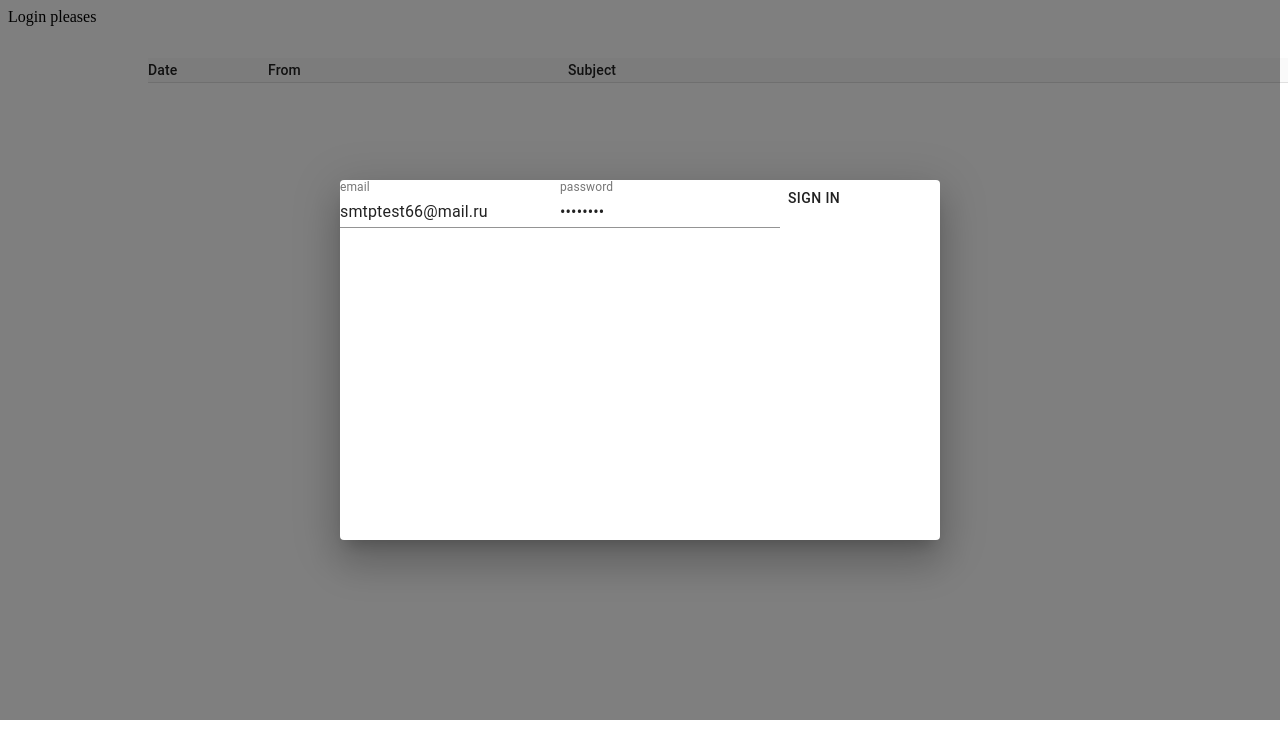
Repository: atakhanovrodion/mailclient
Page: / (app in client/)
These files come from the project's save history. The page is drawn as it stood at one moment and after the next save; the edit follows.
The browser window is 1280 px wide. The page is 1288 px wide, so the pictures cover 1288 px, including what lies to the right of the window. The pictures show the whole page.
The project was rebuilt for these pictures with package versions that can differ from the ones it lists, and the page was loaded fresh each time. Also part of the build but not shown: client/webpack.config.js.

Above is the page before, as saved 2021-03-16 09:49:13.

### client/src/index.html
<!DOCTYPE html>
<html lang="en">
  <head>
    <title>MAILCLIENT</title>
  </head>
  <body>
    <div id="root"></div>
  </body>
</html>

### client/src/main.tsx
import * as React from "react";
import * as ReactDOM from "react-dom";

//import "normalize.css";
import "./css/main.css";

import BaseLayout from "./components/BaseLayout";

const baseComponent = ReactDOM.render(
  <BaseLayout />,
  document.getElementById("root")
);

### client/src/css/main.css
.appContainer {
  display: grid;
  grid-template-columns: 140px 1fr;
  grid-template-rows: 50px 1fr;
  width: 100vw;
  height: 100vh;
}
.header {
  grid-column: 1 / 3;
}

.listOfMailboxes {
  grid-column: 1 / 2;
  grid-row: 2 / 2;
}

### client/src/components/BaseLayout.tsx
import * as React from "react";
import Login from "./Login";
import * as api from "../api";
import Header from "./Header";
import ListOfMailboxes from "./ListOfMailboxes";
import ListOfMessages from "./ListOfMessages";
import WaitView from "./WaitView";
type MyState = {
  isAuth: false;
  loginEmail: string;
  loginPassword: string;
  currenEmail: string;
  currentPassword: string;
  listOfMailboxes: api.IMailbox[];
  listOfMessages: api.IMessage[];
  currentHost: string;
  currentMailboxList: [];
  currentMessageBody: string;
  currentMailbox: string;
  waitState: boolean;
};

class BaseLayout extends React.Component {
  constructor(props: any) {
    super(props);
    this.handleInput = this.handleInput.bind(this);
    this.tryAuth = this.tryAuth.bind(this);
    this.signOut = this.signOut.bind(this);
    this.getMailbox = this.getMailbox.bind(this);
    this.getMessage = this.getMessage.bind(this);
  }
  state: MyState = {
    isAuth: false,
    loginEmail: "smtptest66@mail.ru",
    loginPassword: "imap1488",
    currenEmail: "undefined",
    currentPassword: "",
    listOfMailboxes: [],
    listOfMessages: [],
    currentHost: "",
    currentMailboxList: [],
    currentMessageBody: "",
    currentMailbox: "INBOx",
    waitState: false,
  };
  render() {
    return (
      <div>
        <Login
          onSubmit={this.tryAuth}
          onChange={this.handleInput}
          isOpen={this.state.isAuth}
          user={this.state.loginEmail}
          pass={this.state.loginPassword}
        />
        <WaitView state={this.state.waitState} />

        <div className="appContainer">
          <div className="header">
            <Header
              onClick={this.signOut}
              currentEmail={this.state.currenEmail}
              isAuth={this.state.isAuth}
            />
          </div>
          <div className="listOfMailboxes">
            <ListOfMailboxes
              mailboxes={this.state.listOfMailboxes}
              onClick={this.getMailbox}
            />
          </div>
          <div className="centerArea">
            {" "}
            <ListOfMessages
              messages={this.state.listOfMessages}
              onClick={this.getMessage}
            />
            {this.state.currentMessageBody}{" "}
          </div>
        </div>
      </div>
    );
  }

  handleInput(e: any): void {
    const target: string = e.target.id;
    this.setState({ [target]: e.target.value });
  }

  async tryAuth(): Promise<void> {
    let domain: string = findDomain(this.state.loginEmail);
    const info: api.IAuthInfo = {
      user: this.state.loginEmail,
      password: this.state.loginPassword,
      host: "imap." + domain,
      port: 993,
    };
    this.setState({
      waitState: true,
    });
    const apiWorker = new api.Worker();
    if ((await apiWorker.tryAuth(info)) == "succes") {
      const data = {
        loginEmail: "",
        loginPassword: "",
        isAuth: true,
        currenEmail: this.state.loginEmail,
        currentPassword: this.state.loginPassword,
        currentHost: domain,
      };
      this.setState(data);
      console.log(this.state);
      this.getListOfMailboxes();
      //TODO
      this.getMailbox("INBOx");
    }
    this.setState({ loginEmail: "", loginPassword: "", waitState: false });
  }

  async getListOfMailboxes(): Promise<void> {
    this.setState({
      waitState: true,
    });
    const apiWorker = new api.Worker();
    const mailboxes = await apiWorker.listOfMailboxes();
    this.setState({ listOfMailboxes: mailboxes, waitState: false });
  }

  async getMailbox(path: string): Promise<void> {
    this.setState({
      waitState: true,
    });
    const apiWorker: api.Worker = new api.Worker();
    const messages: api.IMessage[] = await apiWorker.getMailbox(path);
    this.setState({
      listOfMessages: messages,
      currentMailbox: path,
      waitState: false,
    });
    console.log(this.state);
  }

  async getMessage(message: api.IMessage): Promise<void> {
    this.setState({
      waitState: true,
    });
    const apiWorker: api.Worker = new api.Worker();
    const messageBody: string = await apiWorker.getMessage(
      this.state.currentMailbox,
      message.id.toString()
    );
    this.setState({
      currentMessageBody: messageBody,
      waitState: false,
    });
  }

  signOut(): void {
    this.setState({
      isAuth: false,
      listOfMailboxes: [],
      listOfMessages: [],
    });
  }
}
export default BaseLayout;

//TODO
//email validation
function findDomain(address: string): string {
  let i = 0;
  let domain = "";
  while (i < address.length) {
    if (address[i] == "@") {
      if (address[i + 1]) {
        let j = i + 1;
        while (j < address.length) {
          domain += address[j];
          j++;
        }
      }
    }
    i++;
  }
  return domain;
}

### client/src/components/Login.tsx
import React from "react";
import { withStyles } from "@material-ui/styles";
import Dialog from "@material-ui/core/Dialog";
import TextField from "@material-ui/core/TextField";
import Button from "@material-ui/core/Button";

type Props = {
  onSubmit: any;
  onChange: any;
  isOpen: boolean;
  user: string;
  pass: string;
  classes: any;
};

const styles = {
  dialogPaper: {
    minHeight: "50vh",
    maxHeight: "80vh",
  },
};

const Login: React.FC<Props> = ({
  onSubmit,
  onChange,
  isOpen,
  user,
  pass,
  classes,
}) => {
  return (
    <Dialog
      open={!isOpen}
      disableBackdropClick={true}
      disableEscapeKeyDown={true}
      fullWidth={true}
      classes={{ paper: classes.dialogPaper }}
    >
      <form className="loginForm">
        <TextField
          id="loginEmail"
          onChange={onChange}
          label="email"
          value={user}
        />
        <TextField
          id="loginPassword"
          onChange={onChange}
          label="password"
          type="password"
          value={pass}
        />
        <Button onClick={onSubmit}>Sign in</Button>
      </form>
    </Dialog>
  );
};

export default withStyles(styles)(Login);

### client/src/api.ts
import axios, { AxiosResponse } from "axios";

export interface IAuthInfo {
  host: string;
  port: number;
  user: string;
  password: string;
}
export interface IMailbox {
  name: string;
  path: string;
}
export interface IMessage {
  id: number;
  from: string;
  subject: string;
  date: string;
  body?: string;
}

export class Worker {
  public async tryAuth(info: IAuthInfo): Promise<string> {
    const response: AxiosResponse = await axios.post(
      "http://localhost:3001/auth",
      info
    );
    return response.data;
  }
  public async listOfMailboxes(): Promise<IMailbox[]> {
    const response: AxiosResponse = await axios.get(
      "http://localhost:3001/mailboxes"
    );
    return response.data;
  }
  public async getMailbox(mailbox: string): Promise<IMessage[]> {
    const response: AxiosResponse = await axios.get(
      `http://localhost:3001/mailboxes/${mailbox}`
    );
    return response.data;
  }
  public async getMessage(mailbox: string, id: string): Promise<string> {
    const response: AxiosResponse = await axios.get(
      `http://localhost:3001/mailboxes/${mailbox}/${id}`
    );
    return response.data;
  }
}

### client/src/components/Header.tsx
import React from "react";
import Button from "@material-ui/core/Button";
type Props = {
  onClick: any;
  currentEmail: string;
  isAuth: boolean;
};

const Header: React.FC<Props> = ({ onClick, currentEmail, isAuth }) => {
  return (
    <div>
      {isAuth == true ? (
        <div>
          Your email:{currentEmail}
          <Button onClick={onClick}>Sign out</Button>
        </div>
      ) : (
        <div>Login pleases </div>
      )}
    </div>
  );
};
export default Header;

### client/src/components/ListOfMailboxes.tsx
import React from "react";
import { IMailbox } from "../api";
import Chip from "@material-ui/core/Chip";
import List from "@material-ui/core/List";
type Props = {
  mailboxes: IMailbox[];
  onClick: any;
};

const listOfMailboxes: React.FC<Props> = ({ mailboxes, onClick }) => {
  return (
    <List>
      {mailboxes.map((value) => {
        return (
          <Chip
            onClick={() => {
              onClick(value.path);
            }}
            label={`${value.name}`}
          />
        );
      })}
    </List>
  );
};
export default listOfMailboxes;

### client/src/components/ListOfMessages.tsx
import React from "react";
import { IMessage } from "../api";

import Table from "@material-ui/core/Table";
import TableBody from "@material-ui/core/TableBody";
import TableCell from "@material-ui/core/TableCell";
import TableHead from "@material-ui/core/TableHead";
import TableRow from "@material-ui/core/TableRow";

type Props = {
  messages: IMessage[];
  onClick: any;
};

const ListOfMessages: React.FC<Props> = ({ messages, onClick }) => (
  <Table stickyHeader padding="none">
    <TableHead>
      <TableRow>
        <TableCell style={{ width: 120 }}>Date</TableCell>
        <TableCell style={{ width: 300 }}>From</TableCell>
        <TableCell>Subject</TableCell>
      </TableRow>
    </TableHead>
    <TableBody>
      {messages.map((message) => (
        <TableRow
          onClick={() => {
            onClick(message);
          }}
          key={message.id}
        >
          <TableCell>{new Date(message.date).toLocaleDateString()}</TableCell>
          <TableCell>{message.from}</TableCell>
          <TableCell>{message.subject}</TableCell>
        </TableRow>
      ))}
    </TableBody>
  </Table>
); /* Mailboxes. */

export default ListOfMessages;

### client/src/components/WaitView.tsx
import React from "react";

import Dialog from "@material-ui/core/Dialog";
import DialogContent from "@material-ui/core/DialogContent";
import DialogContentText from "@material-ui/core/DialogContentText";

type Props = {
  state: boolean;
};

const WaitView: React.FC<Props> = ({ state }) => {
  return (
    <Dialog
      open={state}
      disableBackdropClick={true}
      disableEscapeKeyDown={true}
      transitionDuration={0}
    >
      <DialogContent>
        <DialogContentText>Please wait...</DialogContentText>
      </DialogContent>
    </Dialog>
  );
};

export default WaitView;

After the next save:
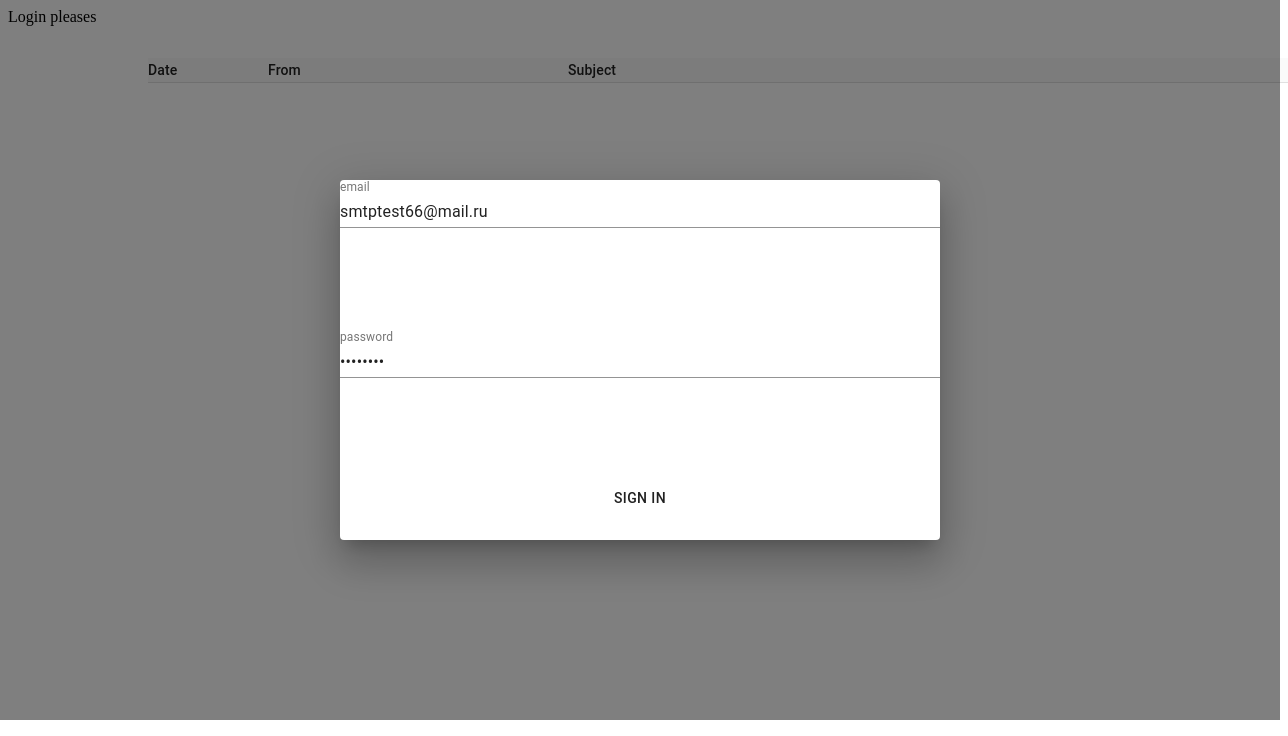
Saved 2 min 0 s later.
--- a/client/src/css/main.css
+++ b/client/src/css/main.css
@@ -13,3 +13,9 @@
   grid-column: 1 / 2;
   grid-row: 2 / 2;
 }
+
+.loginForm {
+  display: grid;
+  grid-template-columns: 200px 1f;
+  grid-template-rows: 150px 150px 1fr;
+}
